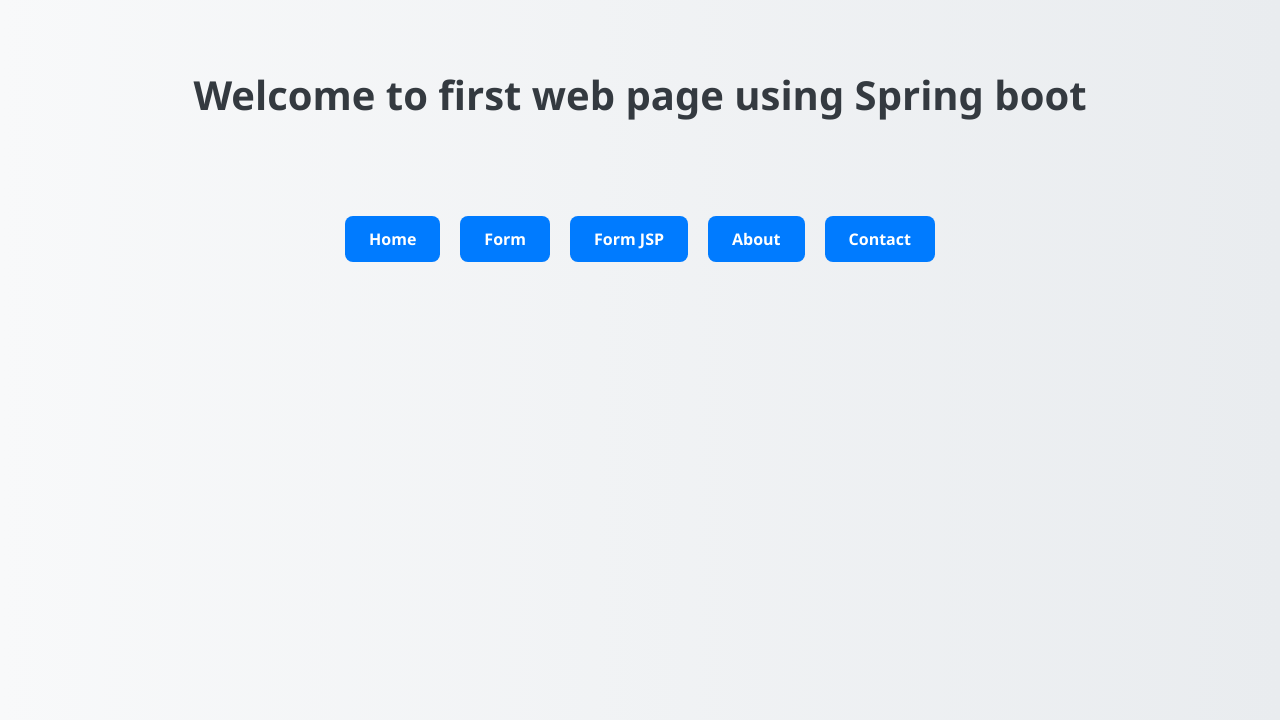
Repository: SiddhantNagaria/Genpact-Training
Page: Java Training/08 first-webmvc/src/main/resources/static/about.html
An editor plug-in stored every save of this project. The page is shown before and after the next save, followed by the edit.
The browser window is 1280 px wide. The pictures show the whole page.

Above is the page before, as saved 2025-11-17 07:29:42.

After the next save:
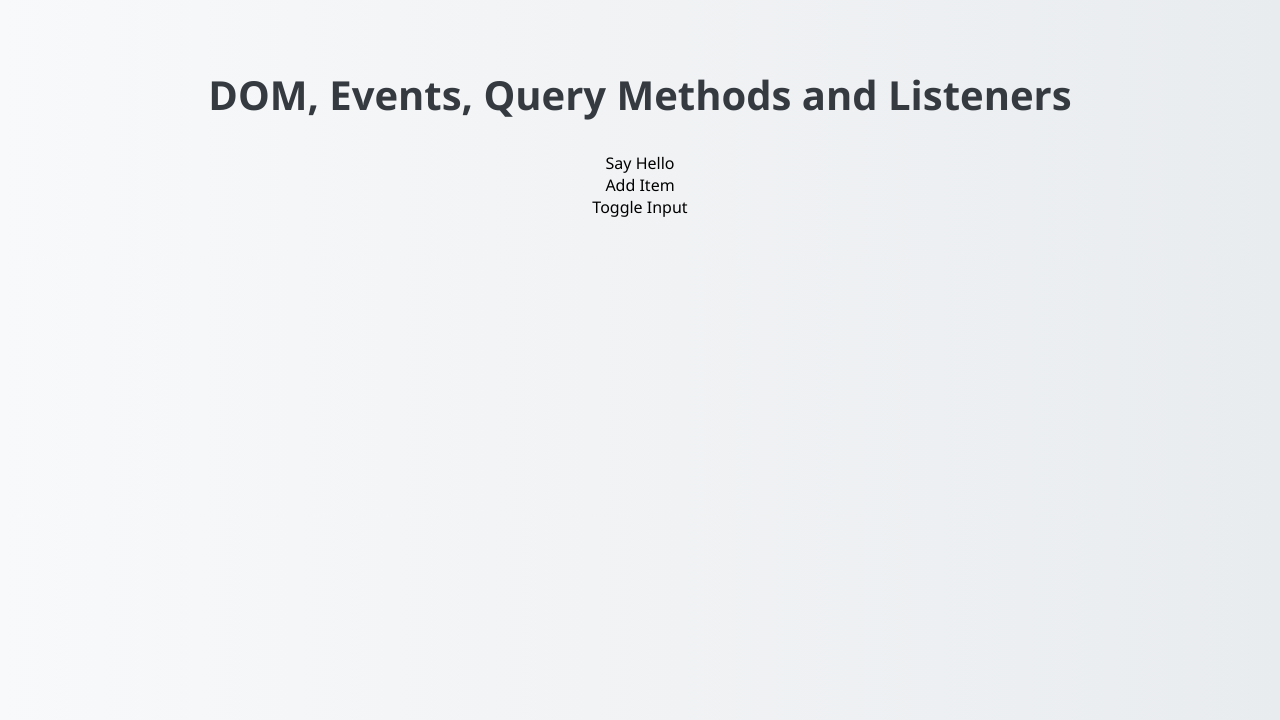
Console error: TypeError: Cannot read properties of undefined (reading 'type')
Saved 4 min 3 s later.
--- a/Java Training/08 first-webmvc/src/main/resources/static/about.html
+++ b/Java Training/08 first-webmvc/src/main/resources/static/about.html
@@ -7,7 +7,7 @@
 </head>
 <body>
 
-	<h1>Welcome to first web page using Spring boot</h1>
+	<!-- <h1>Welcome to first web page using Spring boot</h1>
 	<br> <br>
 	<div class="nav-links">
 	<a href='/'>Home</a>
@@ -15,7 +15,13 @@
 	<a href='/formTag'>Form JSP</a>
 	<a href='/about'>About</a>
 	<a href='/contact'>Contact</a>
-	</div>
-		<script src="js/app.js"></script>
+	</div> -->
+
+	<h1>DOM, Events, Query Methods and Listeners</h1>
+	<div id="btn-hello" class="btn">Say Hello</div>
+	<div id="btn-add" class="btn">Add Item</div>
+	<div id="btn-toggle" class="btn">Toggle Input</div>
+
+		<script src="js/app2.js"></script>
 </body>
 </html>
